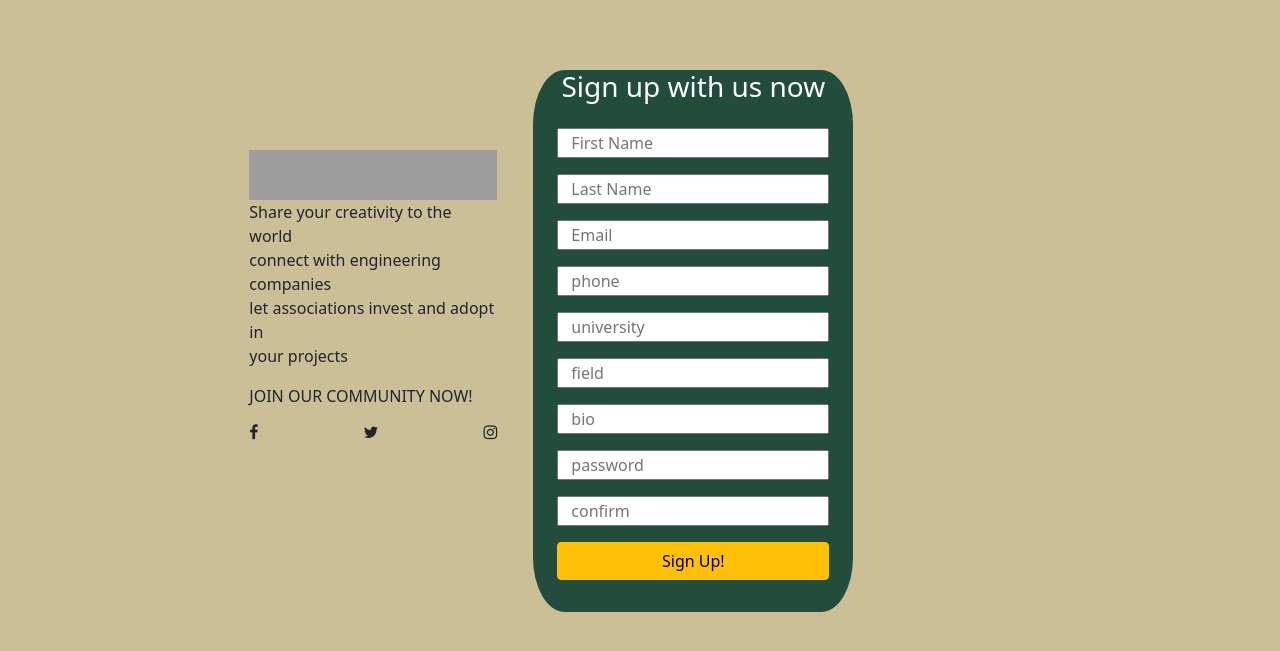
Repository: ahmadjamal-1997/Project-Taqadam
Page: http://localhost/Taqadam/WEB-INF/registrationstudent.jsp
These files come from the project's save history. The page is drawn as it stood at one moment and after the next save; the edit follows.
The browser window is 1280 px wide. The pictures show the whole page.
Pictures or frames that could not be fetched are drawn as grey boxes. The page is served by Tomcat 9. Nobody is signed in. Other server files are loaded and not shown. The template is opened directly, without the code that normally fills it, so the values that code supplies are empty.

Above is the page before, as saved 2022-03-31 08:53:46.

### Taqadam-new/Taqadam-java/Taqadam-new/Taqadam/src/main/webapp/WEB-INF/registrationstudent.jsp
<%@ page language="java" contentType="text/html; charset=UTF-8"
    pageEncoding="UTF-8"%>
<%@ taglib prefix="c" uri="http://java.sun.com/jsp/jstl/core" %>
<%@ taglib prefix="form" uri="http://www.springframework.org/tags/form" %>
<%@ page isErrorPage="true" %>
<!DOCTYPE html PUBLIC "-//W3C//DTD HTML 4.01 Transitional//EN" "http://www.w3.org/TR/html4/loose.dtd">
<html>
<head>
<meta http-equiv="Content-Type" content="text/html; charset=UTF-8">
<title>Registration Page</title>
<link href="https://cdn.jsdelivr.net/npm/bootstrap@5.1.3/dist/css/bootstrap.min.css" rel="stylesheet" integrity="sha384-1BmE4kWBq78iYhFldvKuhfTAU6auU8tT94WrHftjDbrCEXSU1oBoqyl2QvZ6jIW3" crossorigin="anonymous">
<link rel="stylesheet" href="https://cdnjs.cloudflare.com/ajax/libs/font-awesome/4.7.0/css/font-awesome.min.css">
<style>
        img{
            max-height: 50px;
        }
        .form{
            border-radius: 10%;
             display: flex;
             flex-direction: column;

             align-items: center;
             background-color: #224c3c;
        }
        .par{
        display:flex;
        justify-content:space-between;
        }
    </style>
</head>
<body>
   <body style="background-color: #cbbf98;">
    <div class="container-fluid" >
        <div class="row" style="height: 70px;">
        </div>
        <div class="row">
            <div class="col-2"></div>
            <div class="col-3">
            <div class="container">
            <div class="row" style="height:80px;">
            </div>
            	<div class="row">
                <img src="/photo/taqdam-01.png" alt="logo">
                </div>
                <p class="par">Share your creativity to the world<br>connect with engineering companies<br>
                let associations invest and adopt in<br>your projects</p>
                <p class="par">JOIN OUR COMMUNITY NOW!</p>
                <p class="par"><i class="fa fa-facebook-f"></i><i class="fa fa-twitter"></i><i class="fa fa-instagram"></i></p>
            </div>
            </div>
            <div class="col-3 form">
                    <h3 style="color: white;">Sign up with us now</h3>

                <div class="container">
                <form:form method="POST" action="/registration/student" modelAttribute="user">
                    <p><form:errors path="user.*"/></p>

                    <div class="row mb-3">

                            <form:input placeholder="First Name" path="firstName"/>

                    </div>
                    <div class="row mb-3">

                            <form:input placeholder="Last Name" path="lastName"/>

                    </div>
                    <div class="row mb-3">

                            <form:input placeholder="Email" path="email"/>

                    </div>
                    <div class="row mb-3">

                            <form:input placeholder="phone" path="phone"/>

                    </div>
                    <div class="row mb-3">

                       <form:input placeholder="university" path="university"/>

                    </div>
                    <div class="row mb-3">

                        <form:input placeholder="field" path="field"/>

                    </div>
                    <div class="row mb-3">

                         <form:input placeholder="bio" path="bio"/>

                    </div>
                    <div class="row mb-3">

                         <form:input placeholder="password" path="password"/>

                    </div>
                    <div class="row mb-3">

                         <form:input placeholder="confirm" path="confirm"/>

                    </div>
                    <div class="row mb-3">
                    <input type="submit" class="btn btn-warning mb-3" value="Sign Up!"/>
                    </div>
                    </div>
                </form:form>
            </div>
        </div>
    </div>
</body>
</html>

After the next save:
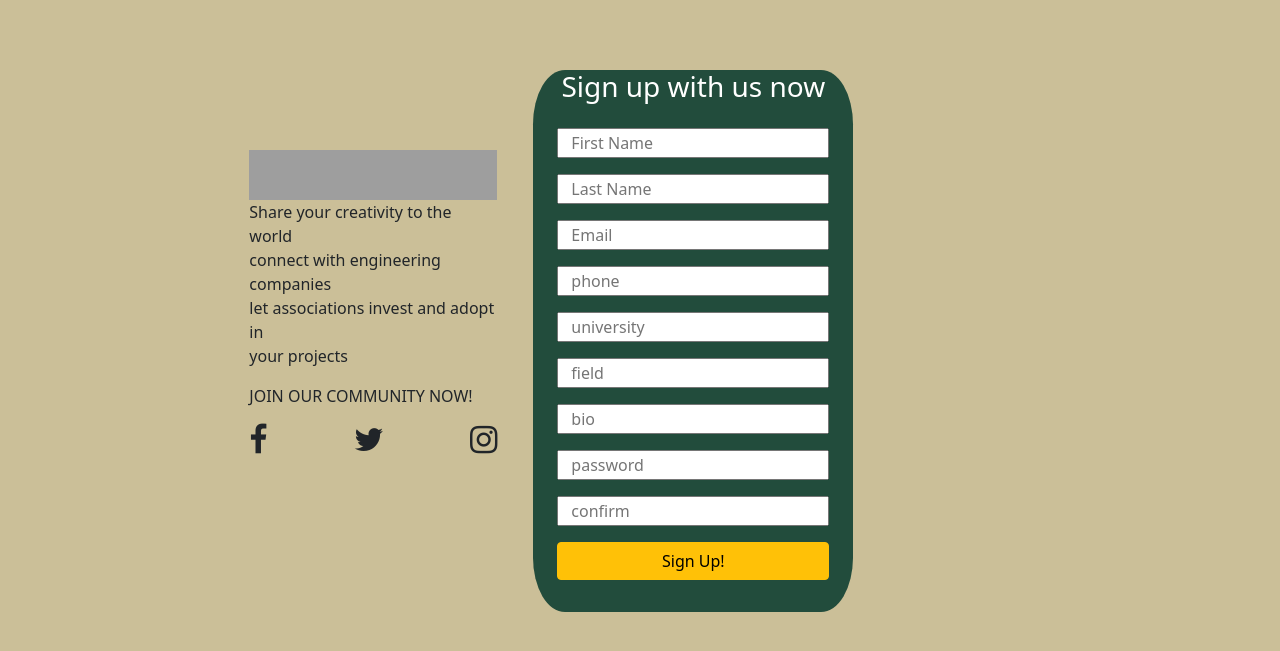
Saved 33 s later.
--- a/Taqadam-new/Taqadam-java/Taqadam-new/Taqadam/src/main/webapp/WEB-INF/registrationstudent.jsp
+++ b/Taqadam-new/Taqadam-java/Taqadam-new/Taqadam/src/main/webapp/WEB-INF/registrationstudent.jsp
@@ -25,6 +25,7 @@
         .par{
         display:flex;
         justify-content:space-between;
+
         }
     </style>
 </head>
@@ -45,7 +46,7 @@
                 <p class="par">Share your creativity to the world<br>connect with engineering companies<br>
                 let associations invest and adopt in<br>your projects</p>
                 <p class="par">JOIN OUR COMMUNITY NOW!</p>
-                <p class="par"><i class="fa fa-facebook-f"></i><i class="fa fa-twitter"></i><i class="fa fa-instagram"></i></p>
+                <p class="par fs-2"><i class="fa fa-facebook-f"></i><i class="fa fa-twitter"></i><i class="fa fa-instagram"></i></p>
             </div>
             </div>
             <div class="col-3 form">
